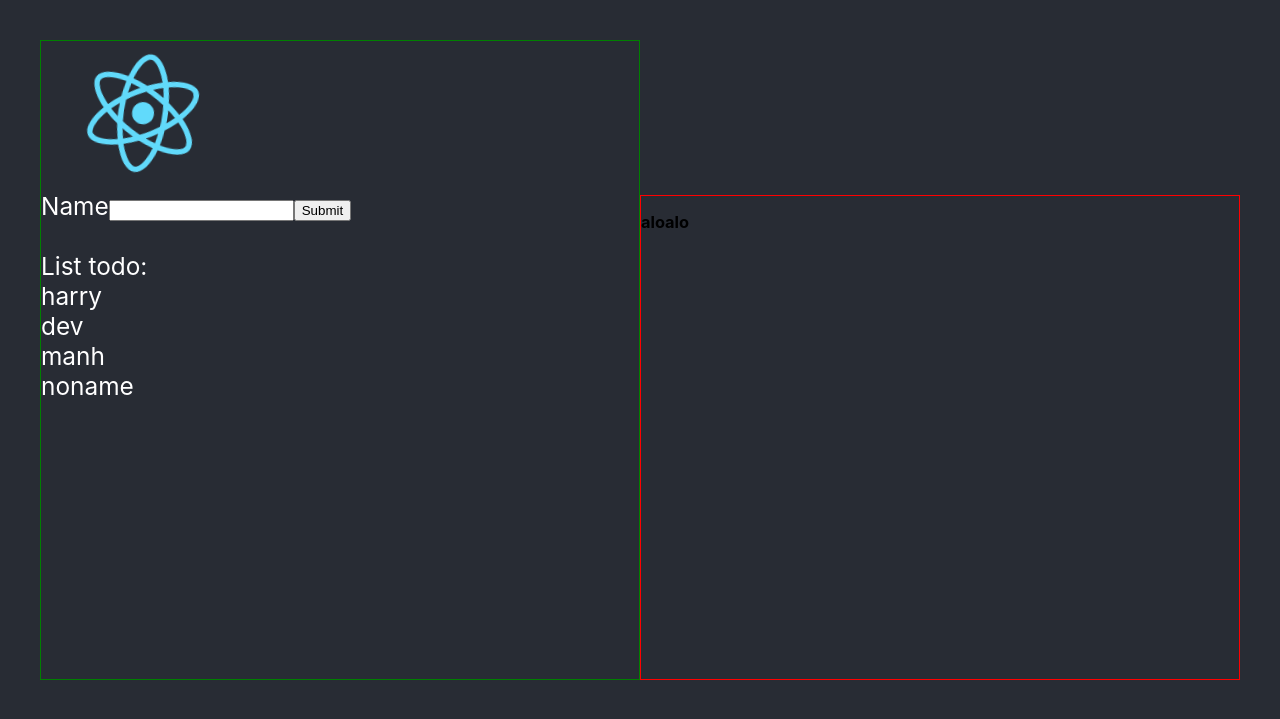
Repository: minh66hn/base-react-hook
Page: /
The author's editor kept a copy of each file at every save. The page is drawn from the files as they stood at one save, then again after the next save.
The browser window is 1280 px wide. The pictures show the whole page.
The project was rebuilt for these pictures with package versions that can differ from the ones it lists, and the page was loaded fresh each time.

Above is the page before, as saved 2022-04-18 19:59:02.

After the next save:
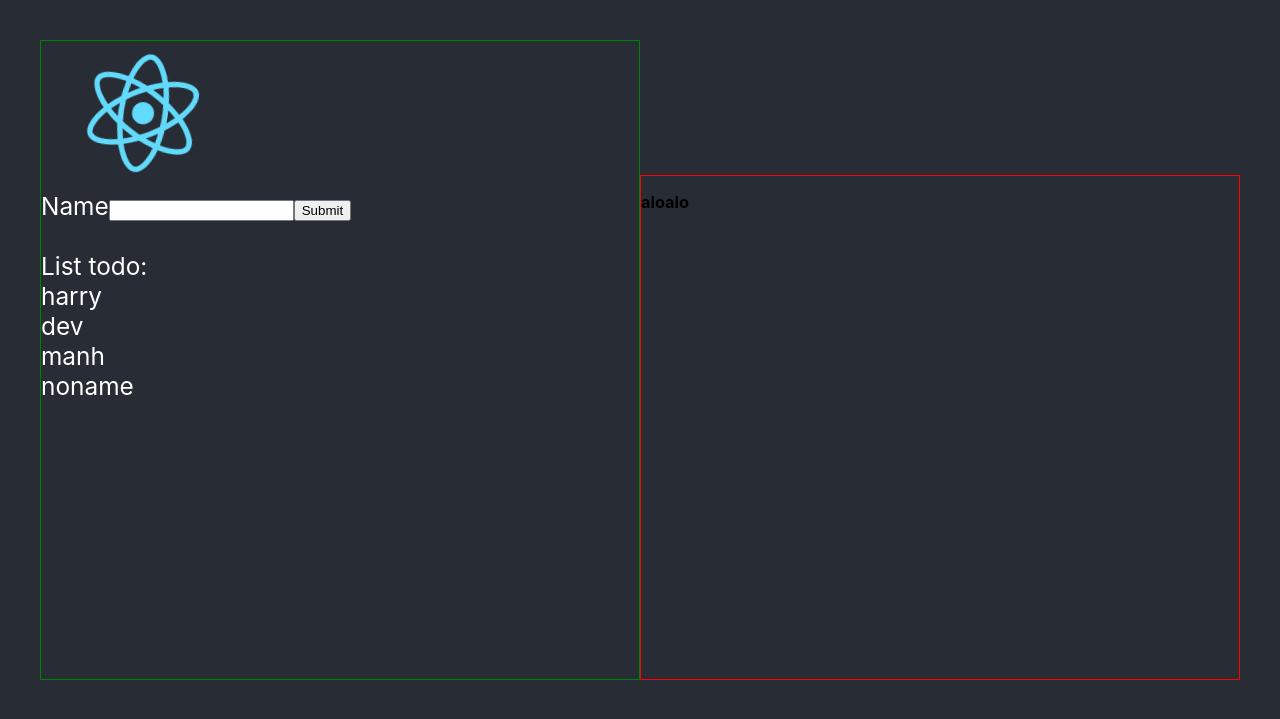
Saved 9 s later.
--- a/src/App.css
+++ b/src/App.css
@@ -31,7 +31,7 @@
 .content-left{
   border: 1px solid red;
   width: 50%;
-  margin-top:155px;
+  margin-top:135px;
 
 }
 .App-link {
